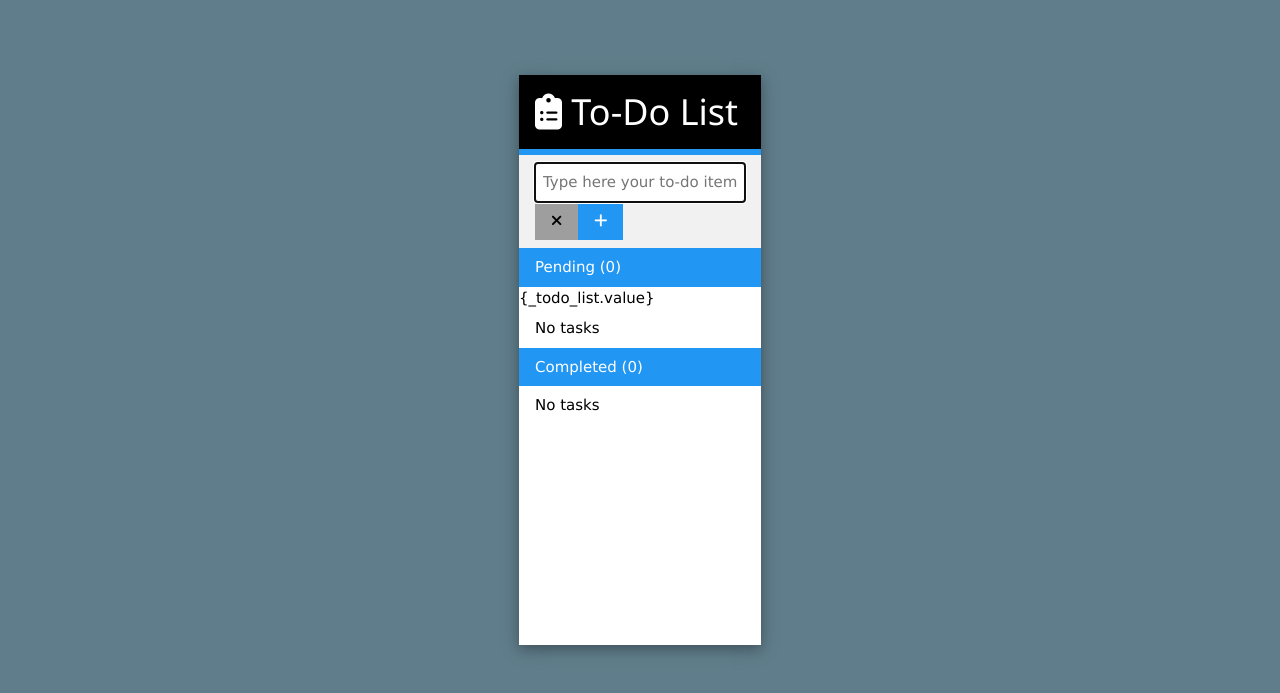
Repository: bclover/vue3-design-patterns-book
Page: /
The author's editor kept a copy of each file at every save. The page is drawn from the files as they stood at one save, then again after the next save.
The browser window is 1280 px wide. The pictures show the whole page.
The project was rebuilt for these pictures with package versions that can differ from the ones it lists, and the page was loaded fresh each time. Also part of the build but not shown: vite.config.ts.

Above is the page before, as saved 2023-06-19 21:06:05.

After the next save:
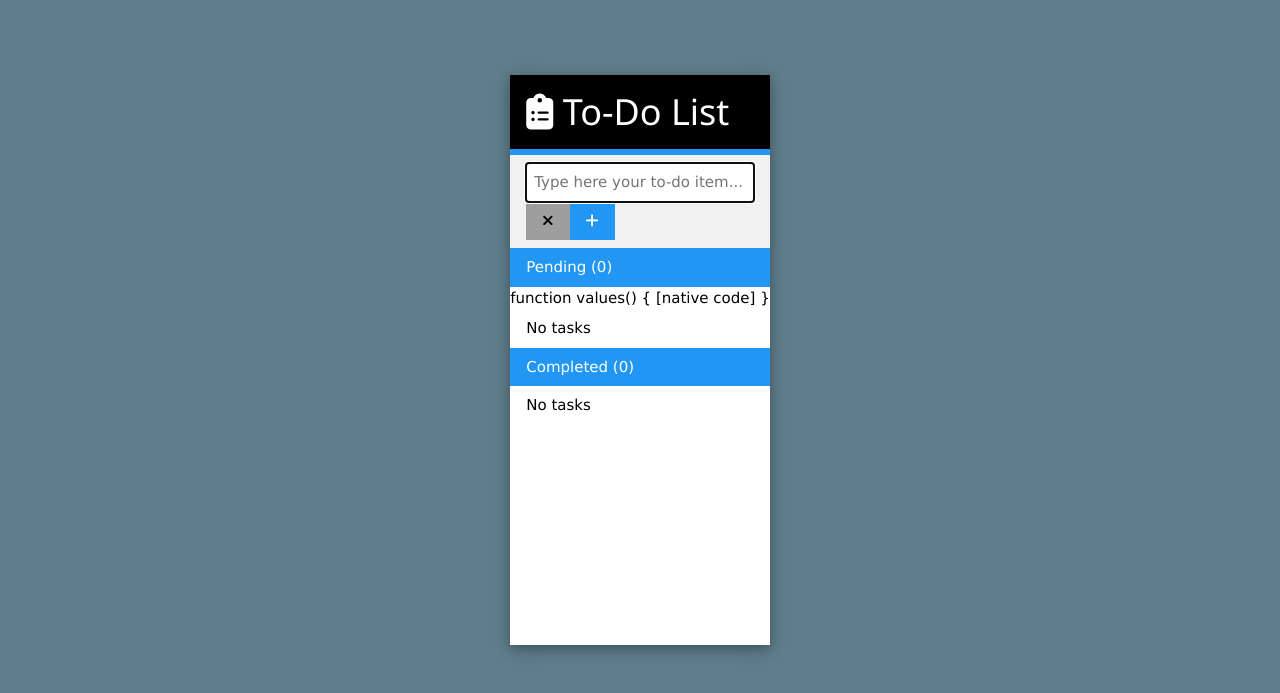
Saved 76 s later.
--- a/src/components/ToDos.vue
+++ b/src/components/ToDos.vue
@@ -70,7 +70,7 @@ function addToDo() {
 
     <!-- Pending Todos Heading -->
     <div class="w3-padding w3-blue">Pending ({{ _pending.length }})</div>
-    {_todo_list.value}
+    {{ _todo_list.values }}
     <!-- List of Pending Todos -->
     <div class="w3-padding" v-for="todo in _todo_list" :key="todo.id">
       <label>
